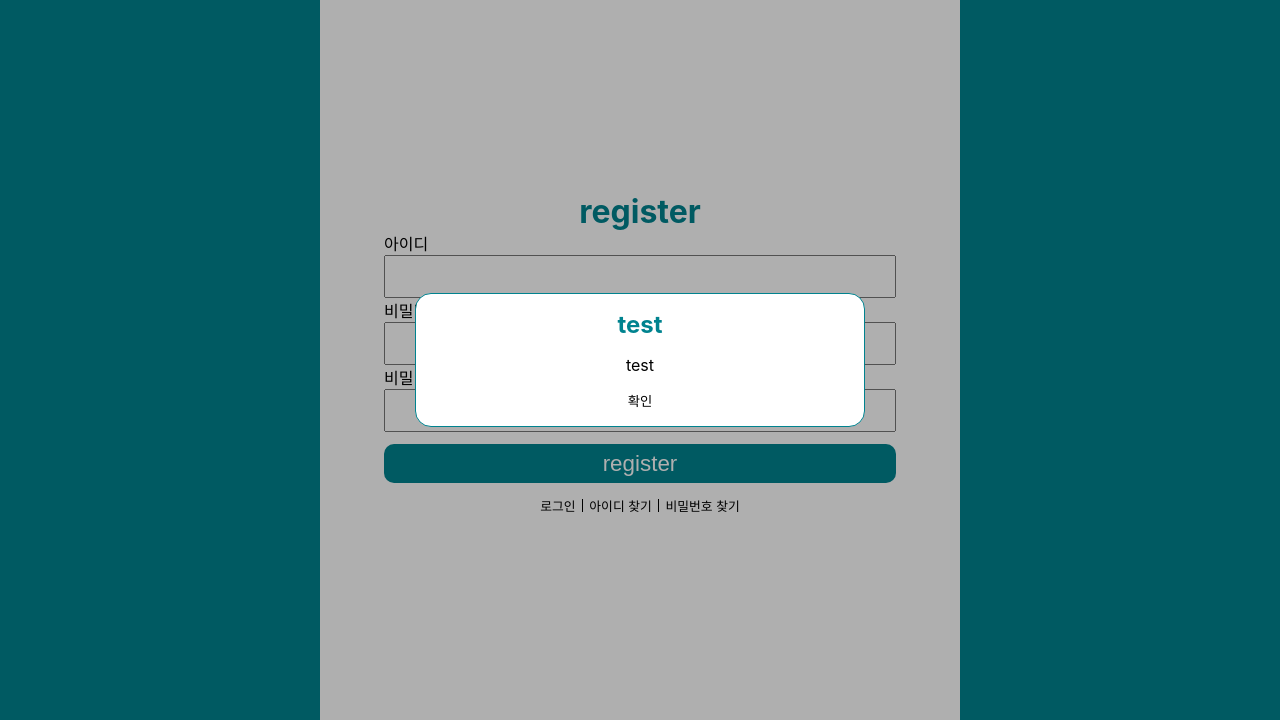
Repository: SeungYn/ticktickup-client
Page: /register
These files come from the project's save history. The page is drawn as it stood at one moment and after the next save; the edit follows.
The browser window is 1280 px wide. The pictures show the whole page.
The project was rebuilt for these pictures with package versions that can differ from the ones it lists, and the page was loaded fresh each time. Also part of the build but not shown: src/App.tsx, src/pages/Main.tsx, src/pages/TimeDetail.tsx, src/pages/MyInfo.tsx, src/containers/auth/LoginFormContainer.tsx, src/pages/LoginPage.tsx.

Above is the page before, as saved 2023-01-04 00:21:54.

After the next save:
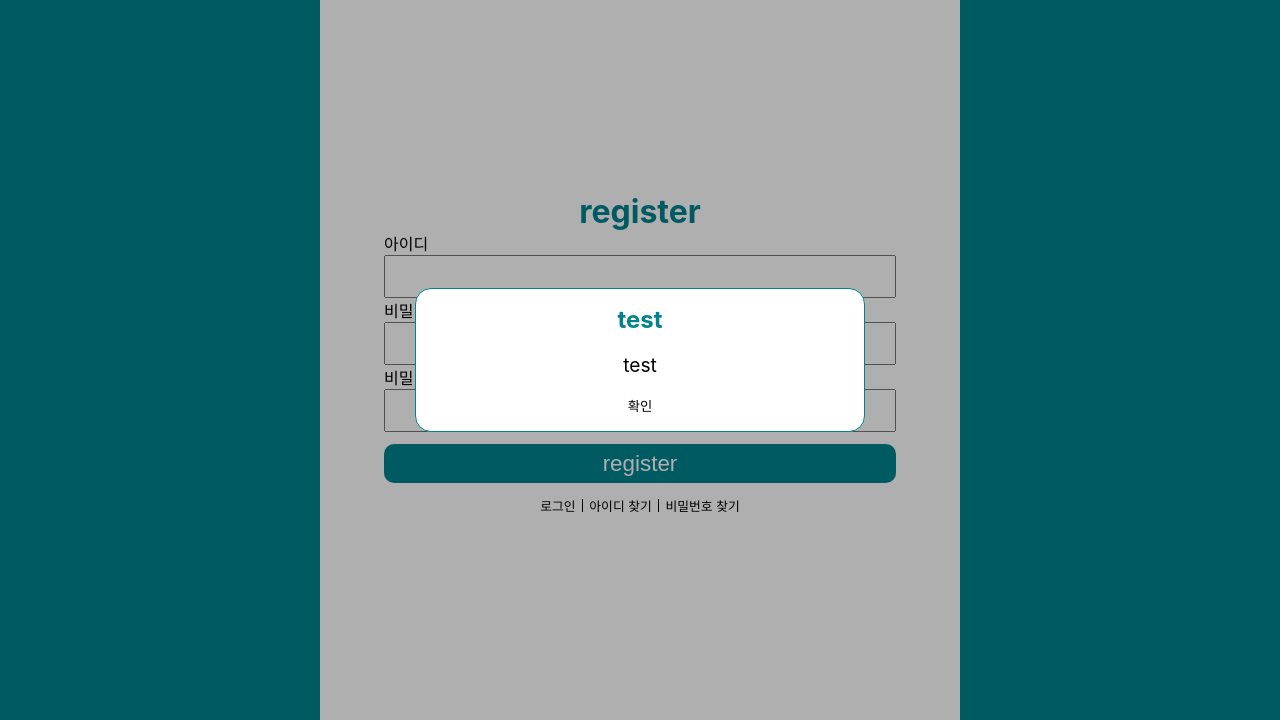
Saved 25 s later.
--- a/src/components/common/ConfirmModal.tsx
+++ b/src/components/common/ConfirmModal.tsx
@@ -41,4 +41,7 @@ const ModalContent = styled.div`
   & h2 {
     color: ${(props) => props.theme.color};
   }
+  & p {
+    font-size: 1.2rem;
+  }
 `;
